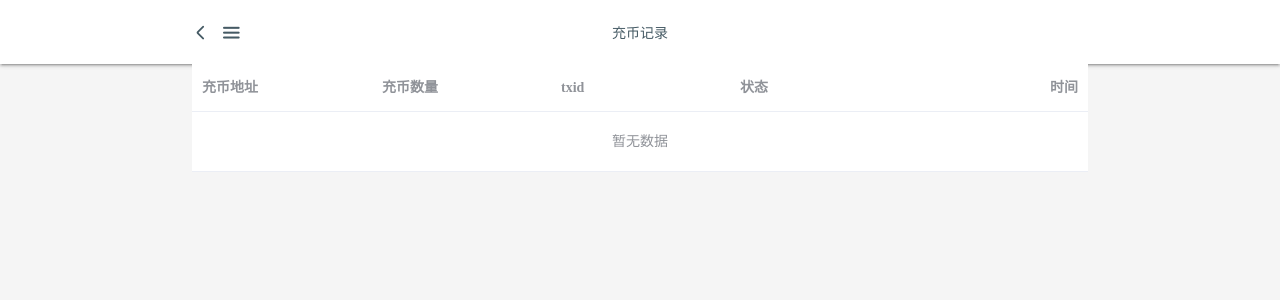
Repository: miyanshichen/ent
Page: /finance/deposit/logs
These files come from the project's save history. The page is drawn as it stood at one moment and after a run of saves; the edit follows.
The browser window is 1280 px wide. The pictures show the whole page.
The project was rebuilt for these pictures with package versions that can differ from the ones it lists, and the page was loaded fresh each time. Also part of the build but not shown: vue.config.js, src/assets/font/iconfont.js, src/components/Input.vue.

Above is the page before, as saved 2021-01-13 16:48:15.

After the next 2 saves:
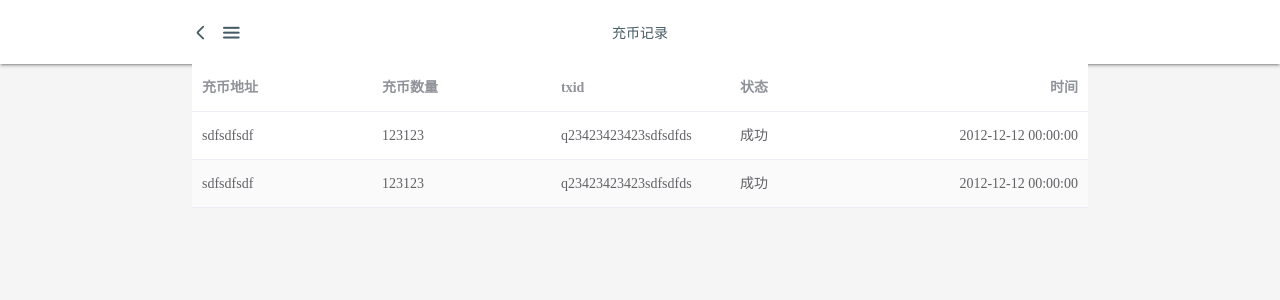
The 2 saves are shown as one change because they came seconds apart.
The last was saved 14 s later.
--- a/src/views/assets/depositLogs.vue
+++ b/src/views/assets/depositLogs.vue
@@ -3,27 +3,40 @@
     <public-header headerText="充币记录"></public-header>
     <div class="container">
       <el-table :data="logsData" stripe>
-              <el-table-column
-                label="充币地址"
-                prop="address"
-              ></el-table-column>
-              <el-table-column label="充币数量" prop="number"></el-table-column>
-              <el-table-column label="txid" prop="txid"></el-table-column>
-              <el-table-column label="状态" prop="statusName"></el-table-column>
-              <el-table-column
-                label="时间"
-                prop="time"
-                align="right"
-              ></el-table-column>
-            </el-table>
+        <el-table-column label="充币地址" prop="address"></el-table-column>
+        <el-table-column label="充币数量" prop="number"></el-table-column>
+        <el-table-column label="txid" prop="txid"></el-table-column>
+        <el-table-column label="状态" prop="statusName"></el-table-column>
+        <el-table-column
+          label="时间"
+          prop="time"
+          align="right"
+        ></el-table-column>
+      </el-table>
     </div>
   </div>
 </template>
 
 <script>
 export default {
-  data () {
+  data() {
     return {
+      logsData: [
+        {
+          address: "sdfsdfsdf",
+          number: 123123,
+          txid: "q23423423423sdfsdfds",
+          statusName: "成功",
+          time: "2012-12-12 00:00:00",
+        },
+        {
+          address: "sdfsdfsdf",
+          number: 123123,
+          txid: "q23423423423sdfsdfds",
+          statusName: "成功",
+          time: "2012-12-12 00:00:00",
+        },
+      ],
     };
   },
 
@@ -33,9 +46,8 @@ export default {
 
   mounted() {},
 
-  methods: {}
-}
-
+  methods: {},
+};
 </script>
 <style lang='less' scoped>
 @import "~@/assets/css/public.less";
